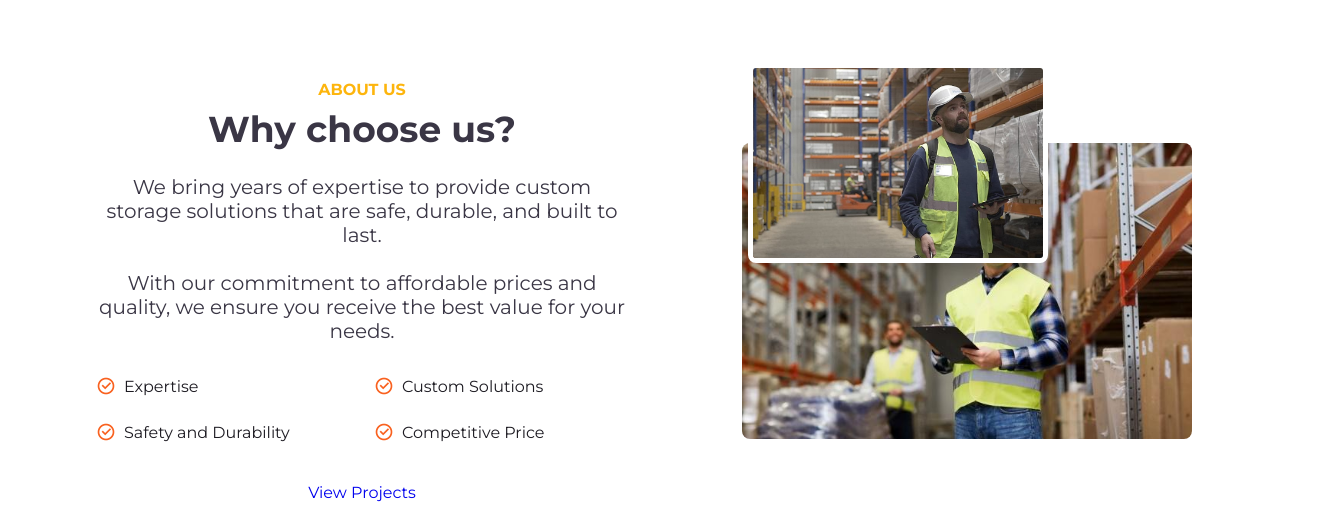
Repository: jahatesu/shelves-and-storage-equipment
Page: index.html
The author's editor kept a copy of each file at every save. The page is drawn from the files as they stood at one save, then again after the next save.
The browser window is 1280 px wide. The page is 1280 px wide, then 1336 px, so the pictures cover 1336 px, including what lies to the right of the window. The pictures show the part of the page from y = 720 to 1238 px (the page is 1238 px tall).
Backgrounds fixed to the window are drawn as part of the page. Some web fonts or font styles are not loaded; a fallback is used.

Above is the page before, as saved 2025-01-08 15:44:51.
Console error: TypeError: Cannot read properties of null (reading 'querySelector')

### index.html
<!DOCTYPE html>
<html lang="en">
<head>
    <meta charset="UTF-8">
    <meta name="viewport" content="width=device-width, initial-scale=1.0">
    <!-- Remix Icons -->
    <link rel="stylesheet" href="https://cdnjs.cloudflare.com/ajax/libs/remixicon/4.2.0/remixicon.css">
    <!-- Swiper CSS -->
    <link rel="stylesheet" href="assets\js\swiper-bundle.min.js" />
    <!-- CSS -->
    <link rel="stylesheet" href="style.css">
    <script src="https://cdnjs.cloudflare.com/ajax/libs/jquery/3.7.1/jquery.min.js"></script>
    <title>Shelves and Storage</title>
    <link rel="stylesheet" href="https://fonts.googleapis.com/css?family=Material+Symbols+Rounded&opsz,wght,FILL,GRAD@48,400,0,0" />
</head>

<body>

    <!-- Navigation Bar -->
    <header>
        <div class="logo">
            <img src="assets\images\logo.png" alt="Shelves and Storage Logo">
        </div>

        <div class="navigation">
            <input type="checkbox" id="nav-checkbox">
            <label for="nav-checkbox" class="nav-toggle">
                <i class="ri-menu-fill"></i>
            </label>

            <ul class="nav-menu">
                <li><a href="#">Home</a></li>
                <li><a href="#">About Us</a></li>
                <li><a href="#">Services</a></li>
                <li><a href="#">Products</a></li>
                <li><a href="#">Contact Us</a></li>
            </ul>
        </div>
    </header>

    <!-- Hero Section -->
    <div class="hero">
        <h1 class="animate__animated animate__fadeInDown">Shelves and Storage Equipment</h1>
        <h3 class="animate__animated animate__fadeInUp">Storage and Racking Expert</h3>
    </div>

    <!-- About Section -->
<section class="about section" id="about">
    <div class="about_container container grid">
        <div class="about_data">
            <span class="section_subtitle">ABOUT US</span>
            <h2 class="section_title">Why choose us?</h2>
            <p class="about_description">
                We bring years of expertise to provide custom storage solutions that are safe, durable, and built to last.
                <br><br>With our commitment to affordable prices and quality, we ensure you receive the best value for your needs.
            </p>
            <ul class="about_list grid">
                <li class="about_list-item">
                    <i class="ri-checkbox-circle-line"></i>
                    <span>Expertise</span>
                </li>
                <li class="about_list-item">
                    <i class="ri-checkbox-circle-line"></i>
                    <span>Custom Solutions</span>
                </li>
                <li class="about_list-item">
                    <i class="ri-checkbox-circle-line"></i>
                    <span>Safety and Durability</span>
                </li>
                <li class="about_list-item">
                    <i class="ri-checkbox-circle-line"></i>
                    <span>Competitive Price</span>
                </li>
            </ul>
            <a href="#projects" class="button">View Projects</a>
        </div>
        <div class="about_images">
            <img src="assets/images/about_img1.png" alt="image" class="about_img1">
            <img src="assets/images/about_img2.png" alt="image" class="about_img2">
        </div>
    </div>
</section>

    <!-- JavaScript -->
    <script src="main.js"></script>
</body>
</html>

### style.css
/* Import fonts */
@import url('https://fonts.googleapis.com/css2?family=Montserrat:wght@100..900&family=Open+Sans:ital,wght@0,300..800;1,300..800&display=swap');
@import url('https://cdnjs.cloudflare.com/ajax/libs/animate.css/4.1.1/animate.min.css');

/* root variable css */
:root{
    --header-height: 3.5rem;

    /* colors */
    /* hue, saturation, lightness */
    --first-color: hsl(18, 95%, 55%);
    --second-color: hsl(42, 98%, 52%);
    --first-gradient: linear-gradient(90deg,
                                    hsl(18, 95%, 55%),
                                    hsl(18, 98%, 64%));
    --title-color:hsl(255, 12%, 12%);
    --text-color: hsl(255, 12%, 24%);
    --text-color-light: hsl(255, 4%, 70%);
    --body-color: hsl(0, 0%, 100%);
    --container-color: hsl(0, 0%, 100%);
    --white-color: hsl(0, 0%, 100%);
    --black-color: hsl(255, 20%, 10%);
    --gray-border:hsl(255, 6%, 90%);
    --black-border: hsl(255, 10%, 20%);

    /* fonts and typography */
    /* .5 rem = 8px | 1rem = 16px */

    --body-font:"Montserrat", sans-serif;
    --big-font-size: 2.25rem;
    --h1-font-size: 1.5rem;
    --h2-font-size: 1.25rem;
    --h3-font-size: 1rem;
    --normal-font-size: .938rem;
    --small-font-size: .813rem;

    /* font weight */
    --font-regular: 400;
    --font-medium: 500;
    --font-semibold: 600;
    --font-bold: 700;

    /* z index */
    --z--tooltip: 10;
    --z-fixed: 100;
}

/* responsive typography */
@media screen and (min-width: 1150px) {
    :root{
        --big-font-size: 3.5rem;
        --h1-font-size: 2.25rem;
        --h2-font-size: 1.5rem;
        --h3-font-size: 1.25rem;
        --normal-font-size: 1rem; /* Fixed size for normal font */
        --small-font-size: .875rem; /* Increased small font size */
    }
}

/* Global styles */
* {
  margin: 0;
  padding: 0;
  box-sizing: border-box;
}

body {
    font-family: var(--body-font);
    font-size: var(--normal-font-size);
    background-color: var(--body-color);
    color: var(--text-color);
}

html{
    scroll-behavior: smooth;
}

body, ul, a{
    margin: 0;
    padding: 0;
    font-family: 'Montserrat', sans-serif;
}

/* h1, h2, h3, h4 {
    color: var(--title-color);
    font-weight: var(--font-semi-bold);
    margin: 10px 0;
    line-height: 1.2;
} */

/* Typography scaling for responsiveness */
h1 {
    font-size: 2.5rem; /* Scales with viewport width */
}
h2 {
    font-size: 2rem;
}
h3 {
    font-size: 1.75rem;
}
p {
    font-size: 1rem;
}

/* Media queries for responsiveness */
@media (min-width: 768px) {
    h1 {
        font-size: 3rem;
    }
    h2 {
        font-size: 2.5rem;
    }
    h3 {
        font-size: 2rem;
    }
    p {
        font-size: 1.125rem;
    }
}

@media (min-width: 1024px) {
    h1 {
        font-size: 3.5rem;
    }
    h2 {
        font-size: 3rem;
    }
    h3 {
        font-size: 2.5rem;
    }
    p {
        font-size: 1.25rem;
    }
}

/* General layout for larger screens */
@media (min-width: 1440px) {
    .container {
        padding: 30px;
    }
    h1 {
        font-size: 4rem;
    }
    h2 {
        font-size: 2rem;
    }
    h3 {
        font-size: 3rem;
    }
    p {
        font-size: 1rem;
    }

}

ul{
    list-style: none;
}

a{
    text-decoration: none;
}

img{
    display: block;
    max-width: 100%;
    height: auto;
    object-fit: contain;
}

/* Hide checkbox and toggle button initially */
#nav-checkbox,
.nav-toggle {
  display: none;
}

/* Hero section styles */
.hero {
  background: linear-gradient(rgba(0, 0, 0, 0.8), rgba(0, 0, 0, 0.6)),
    url("heroBG.jpg") no-repeat fixed bottom / cover;
  min-height: 100vh;
  display: flex;
  flex-direction: column;
  justify-content: center;
  align-items: center;
  text-align: center;
  /* width: 100%; */
}

.hero h1 {
  color: hsl(233, 39%, 23%);
  font-size: 60px;
  line-height: 1;
  text-shadow:
    0.5px 0.5px 0px #fff, /* Bottom-right shadow */
    -0.5px 0.5px 0px #fff, /* Bottom-left shadow */
    0.5px -0.5px 0px #fff, /* Top-right shadow */
    -0.5px -0.5px 0px #fff; /* Top-left shadow */
}

.hero h3 {
  color: #ffffff;
  /* position: static; */
  font-size: 26px;
  font-weight: normal;
  margin: 15px 0;
  line-height: 1;
  text-shadow:
    0.3px 0.3px 0px #fff, /* Bottom-right shadow */
    -0.3px 0.3px 0px #fff, /* Bottom-left shadow */
    0.3px -0.3px 0px #fff, /* Top-right shadow */
    -0.3px -0.3px 0px #fff; /* Top-left shadow */
}

/* Header styles */
header {
  position: fixed;
  top: 0;
  left: 0;
  width: 100%;
  display: flex;
  align-items: center;
  justify-content: space-around;
  padding: 20px 0;
  transition: background-color 0.5s ease;
  z-index: 1;
}

.logo h2 {
  color: #fff;
  text-transform: uppercase;
  font-weight: normal;
}

/* Navigation menu styles */
.nav-menu {
  display: flex;
  list-style: none;
}

.nav-menu li {
  display: inline-block;
}

.nav-menu li a {
  color: #fff;
  text-decoration: none;
  font-size: 1.2rem;
  padding: 0 15px;
}

.nav-menu li a:hover {
  color: hsl(18, 84%, 44%);
}

.active {
  background: hsl(18, 84%, 44%);
}

.active a:hover {
  color: #fff !important;
  text-decoration: underline;
}

.nav-toggle {
  display: none;
  font-size: 2rem;
  cursor: pointer;
  color: white;
}

/* Responsive menu styles */
@media (max-width: 768px) {
    .nav-menu {
        display: none;
        flex-direction: column;
        position: absolute;
        top: 60px;
        right: 20px;
        background-color: rgba(0, 0, 0, 0.9);
        border-radius: 8px;
        padding: 10px;
    }

    .nav-menu li {
        margin: 10px 0;
    }

    .nav-menu li a {
        font-size: 1.2rem;
    }

    .nav-toggle {
        display: block;
    }

    #nav-checkbox:checked ~ .nav-menu {
        display: flex;
    }

    header {
        justify-content: space-between;
        padding: 10px 20px;
    }
}

.logo img {
    max-width: 250px;
    height: auto;
    display: block;
    transition: all 0.3s ease;
}

/* Adjust logo size for smaller screens */
@media (max-width: 768px) {
    .logo img {
        max-width: 150px; /* Smaller logo for mobile */
        padding-top: 20px;
    }
}

/* About Section */
.container {
    max-width: 1120px;
    margin: 0 auto;
    padding: 0 1rem;
}

.grid {
    display: grid;
    gap: 1.5rem;
}

.section {
    padding-block: 5rem 1rem;
}

.section_title {
    text-align: center;
    font-size: var(--h1-font-size);
    font-weight: var(--font-bold);
    margin-bottom: 1.5rem;
}

.section_subtitle {
    display: block;
    text-align: center;
    font-size: var(--normal-font-size);
    font-weight: var(--font-bold);
    color: var(--second-color);
    margin-bottom: .5rem;
}

.about_container {
    row-gap: 8rem;
    display: grid;
    grid-template-columns: 1fr;
}

.about_data {
    text-align: center;
}

.about_description {
    margin-bottom: 2rem;
}

.about_list {
    display: grid;
    grid-template-columns: repeat(2, 1fr);
    justify-content: center;
    gap: 1.5rem;
    margin-bottom: 2.5rem;
}

.about_list-item {
    display: flex;
    align-items: center;
    gap: .5rem;
    color: var(--title-color);
}

.about_list-item i {
    font-size: 1.25rem;
    color: var(--first-color);
}

.about_images {
    display: flex;
    justify-content: center;
    gap: 1rem;
    position: relative;
}

.about_img1, .about_img2 {
    max-width: 100%;
    height: auto;
    border-radius: .5rem;
}

.about_img1 {
    width: 300px;
    border: 5px solid var(--body-color);
    position: absolute;
    top: -5rem;
    left: 6rem;
}

.about_img2 {
    width: 450px;
    margin-right: -0.5rem;
}

/* Responsive Design */
@media (min-width: 768px) {
    .about_container {
        grid-template-columns: 1fr 1fr;
        align-items: center;
    }

    .about_images {
        justify-content: flex-end;
    }
}

### main.js
$(document).ready(function() {
  $(window).bind('scroll', function(){
    var gap = 50;
    if ($(window).scrollTop() > gap) {
      $('header').addClass('active');
    } else {
      $('header').removeClass('active');
    }
  });
});

document.addEventListener('DOMContentLoaded', function () {
  const navToggle = document.querySelector('.nav-toggle');
  const navMenu = document.querySelector('.nav-menu');

  navToggle.addEventListener('click', function () {
      navMenu.classList.toggle('show-menu');
  });
});

const initSlider = () => {
  const imageList = document.querySelector(".slider-wrapper .image-list");
  const slideButtons = document.querySelectorAll(".slider-wrapper .slide-button");
  const sliderScrollbar = document.querySelector(".container .slider-scrollbar");
  const scrollbarThumb = sliderScrollbar.querySelector(".scrollbar-thumb");
  const maxScrollLeft = imageList.scrollWidth - imageList.clientWidth;

  // Slide images according to the slide button clicks
  slideButtons.forEach(button => {
      button.addEventListener("click", () => {
          const direction = button.id === "prev-slide" ? -1 : 1;
          const scrollAmount = imageList.clientWidth * direction;
          imageList.scrollBy({ left: scrollAmount, behavior: "smooth" });
      });
  });

  const handleSlideButtons = () =>{
      slideButtons[0].computedStyleMap.display = imageList.scrollLeft <= 0 ? "none" : "block";
      slideButtons[1].computedStyleMap.display = imageList.scrollLeft >= maxScrollLeft ? "none" : "block";
  }

  //update scroll bar position
  const updateScrollThumbPosition = () => {
      const scrollPosition = imageList.scrollLeft;
      const thumbPosition = (scrollPosition / maxScrollLeft) * (sliderScrollbar.clientWidth - scrollbarThumb .offsetWidth);
      scrollbarThumb.style.left = `${thumbPosition}px`;
  }

  imageList.addEventListener("scroll", () => {
      handleSlideButtons();
      updateScrollThumbPosition();
  });
};

window.addEventListener("load", initSlider);

Loaded but not shown: assets/js/swiper-bundle.min.js (library)

After the next save:
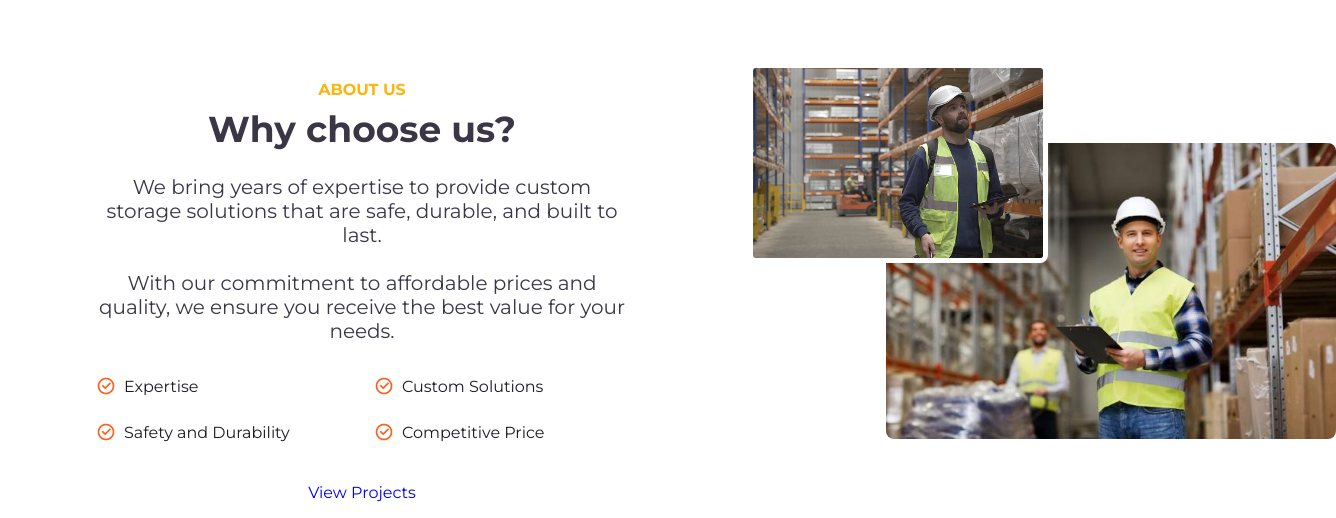
Saved 5 s later.
--- a/style.css
+++ b/style.css
@@ -408,7 +408,7 @@ header {
 
 .about_img2 {
     width: 450px;
-    margin-right: -0.5rem;
+    margin-right: -9.5rem;
 }
 
 /* Responsive Design */
